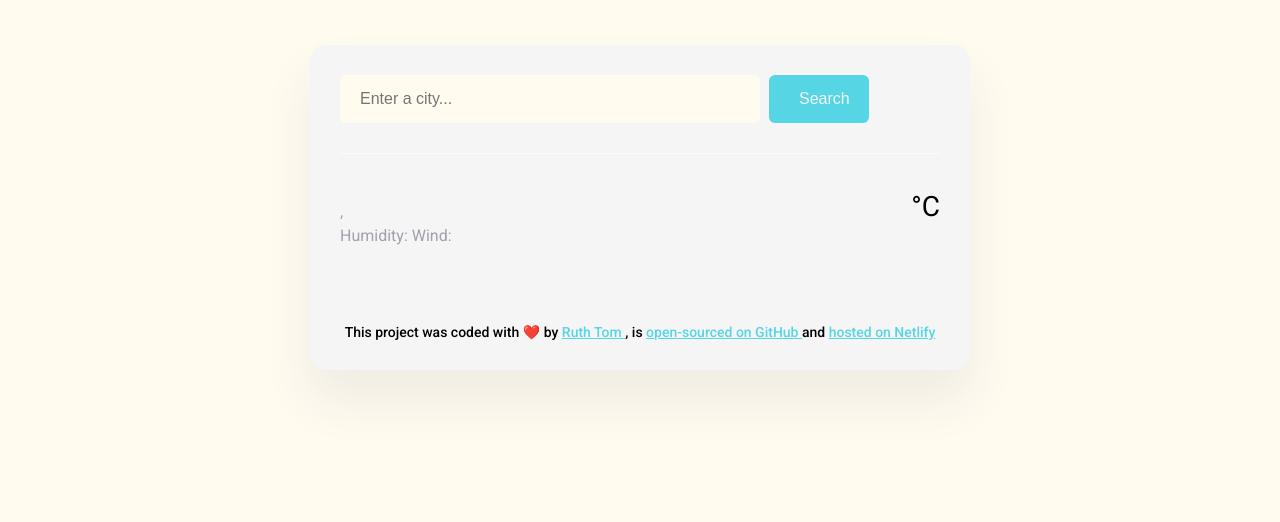
Repository: RuthTom711/Weatherly-App
Page: index.html
The author's editor kept a copy of each file at every save. The page is drawn from the files as they stood at one save, then again after a run of saves.
The browser window is 1280 px wide. The pictures show the whole page.
The page's requests for data from a server got no answer. Some web libraries are served in a nearby version.

Above is the page before, as saved 2025-11-13 20:44:23.
Console error: ReferenceError: di is not defined

### index.html
<!DOCTYPE html>
<html lang="en">
  <head>
    <meta charset="UTF-8" />
    <meta name="viewport" content="width=device-width, initial-scale=1.0" />
    <link rel="preconnect" href="https://fonts.googleapis.com" />
    <link rel="preconnect" href="https://fonts.gstatic.com" crossorigin />
    <link
      href="https://fonts.googleapis.com/css2?family=Roboto+Mono:ital,wght@0,100..700;1,100..700&family=Roboto:ital,wght@0,100..900;1,100..900&family=Work+Sans:ital,wght@0,100..900;1,100..900&display=swap"
      rel="stylesheet"
    />
    <link rel="stylesheet" href="src/styles.css" />
    <script src="https://unpkg.com/axios@1.1.2/dist/axios.min.js"></script>
    <title>Weatherly App</title>
  </head>

  <body>
    <div class="weather-app">
      <header>
        <form class="search-form" id="search-form">
          <input
            type="search"
            placeholder="Enter a city..."
            required
            id="search-form-input"
            class="search-form-input"
          />
          <input type="Submit" value="Search" class="search-form-button" />
        </form>
      </header>

      <main>
        <div class="weather-app-data">
          <div>
            <h1 class="weather-app-city" id="city"></h1>
            <p class="weather-app-details">
              <span id="time"></span>, <span id="description"></span>
              <br />
              Humidity: <strong id="humidity"></strong> Wind:
              <strong id="wind-speed"></strong>
            </p>
          </div>
          <div class="weather-app-temparature-container">
            <div id="icon"></div>
            <div class="weather-app-temperature" id="temperature"></div>
            <div class="weather-app-unit">°C</div>
          </div>
        </div>

        <div class="weather-forecast" id="forecast">

        </div>
      </main>

      <footer>
        This project was coded with ❤️ by
        <a href="https://github.com/RuthTom711" target="_blank"> Ruth Tom </a>,
        is
        <a href="https://github.com/RuthTom711/Weatherly-App" target="_blank">
          open-sourced on GitHub
        </a>
        and
        <a
          href="https://app.netlify.com/projects/ruth-weatherly-app/"
          target="_blank"
        >
          hosted on Netlify
        </a>
      </footer>
    </div>
    <script src="src/index.js"></script>
  </body>
</html>

### src/styles.css
body {
    background-color: #fffbef;
    font-family: "Roboto",sans-serif;
}

a{
    color: #56d5e4;
}

.weather-app {
    background: whitesmoke;
    max-width: 600px;
    margin: 45px auto;
    padding: 30px;
    box-shadow: 0 30px 50px rgba(65, 50, 100, 0.08);
    border-radius: 16px;
}
header{
    border-bottom: 1px solid #fffbef;
    padding: 0 0 30px 0;
}

.search-form-input {
    background-color: #fffbef;
    border: none;
    border-radius: 6px;
    width: 70%;
    font-size: 16px;
    padding: 15px 20px;
}

.search-form-button {
    background: #56d5e4;
    padding: 15px 30px;
    border: none;
    font-size: 16px;
    margin-left: 5px;
    border-radius: 6px;
    color: whitesmoke;
    width: 100px;
}

main {
    padding: 30px 0;
    }
.weather-app-city {
    margin: 0;
    font-size: 38px;
    line-height: 48px;
}
.weather-app-data {
    display: flex;
    justify-content: space-between;
}

.weather-app-details {
    font-size: 16px;
    line-height: 24px;
    color: rgba(39, 33, 66, 0.4);
    font-weight: 500px;
}

.weather-app-details strong{
    color: #cf5282
}

.weather-app-temparature-container {
    display: flex;

}

.weather-app-temperature{
    font-size: 88px;
    font-weight: bold;
    line-height: 88px;
}
.weather-app-icon{
    width: 88px;
    height: 88px;

}
.weather-app-unit{
    margin-top: 6px;
    font-size: 28px;
}

.weather-forecast {
    display: flex;
    justify-content: space-around;
    margin-top: 30;

}
.weather-forecast-date {
    text-align: center;
    color: rgba(39, 33, 66, 0.4);
    font-size: 16px;
    line-height: 20px;
    margin-bottom: 10px;

}
.weather-forecast-icon {
 font-size: 38px;
 text-align: center;
}

.weather-forecast-temperatures {
    text-align: center;
    color: #cf5282;
    display: flex;
    justify-content: center;
    margin-top: 10px;
}
.weather-forecast-temperature {
    padding: 0 10px;

}
footer {

    padding: 30px 0 0 0;
    text-align: center;
    font-weight: 500;
    font-size: 14px;
    color: rgba (0, 0, 0, 0.6);
}

### src/index.js
function refreshWeather(response){
    let temperatureElement = document.querySelector("#temperature");
    let temperature = response.data.temperature.current;
    let cityElement = document.querySelector("#city")
    let descriptionElement = document.querySelector("#description");
    let humidityElement = document.querySelector("#humidity");
    let windSpeedElement = document.querySelector("#wind-speed");
    let timeElement = document.querySelector("#time");
    let date = new Date(response.data.time * 1000);
    let iconElement= document.querySelector("#icon")



    cityElement.innerHTML = response.data.city;
    timeElement.innerHTML = formatDate(date);
    descriptionElement.innerHTML = response.data.condition.description;
    humidityElement.innerHTML = `${response.data.temperature.humidity}%`;
    windSpeedElement.innerHTML = `${response.data.wind.speed}km/h`;
    temperatureElement.innerHTML = Math.round(temperature);
    iconElement.innerHTML = `<img src="${response.data.condition.icon_url}" class="weather-app-icon" />`;
}

function formatDate(date) {

    let minutes = date.getMinutes();
    let hours = date.getHours();
    let days = [
        "sunday",
        "Monday",
        "Tuesday",
        "Wednesday",
        "Thursday",
        "Friday",
        "Saturday",

    ];
    let day = days [date.getDay()];

    if (minutes < 10) {
        minutes = `0${minutes}`;
    }

    return `${day} ${hours}: ${minutes}`;
}

function searchCity(city) {
    let apiKey = "2bf02005obb4ft73c247eba0b4e8f73d";
    let apiUrl = `https://api.shecodes.io/weather/v1/current?query=${city}&key=${apiKey}&units=metric`;
    axios.get(apiUrl).then(refreshWeather);
}

function handleSearchSubmit(event) {
    event.preventDefault();
    let searchInput = document.querySelector("#search-form-input");

    searchCity(searchInput.value);

}
function displayForecast() {

    let forecast = document.querySelector("#forecast");

forecast.innerHTML =  `
     <div class="weather-forecast-day">
            <div class="weather-forecast-date">Tue</div>
            <div class="weather-forecast-icon">🌤️</div>
            <div class="weather-forecast-temperatures">
              <div class="weather-forecast-temperature"><strong>15°</strong></div>
              <div class="weather-forecast-temperature"><strong>9°</strong></div>
            </div>
          </div>
`;
}

let searchFormElement = document.querySelector("#search-form");
searchFormElement.addEventListener("submit", handleSearchSubmit);

searchCity("Cape Town");
di

After the next 3 saves:
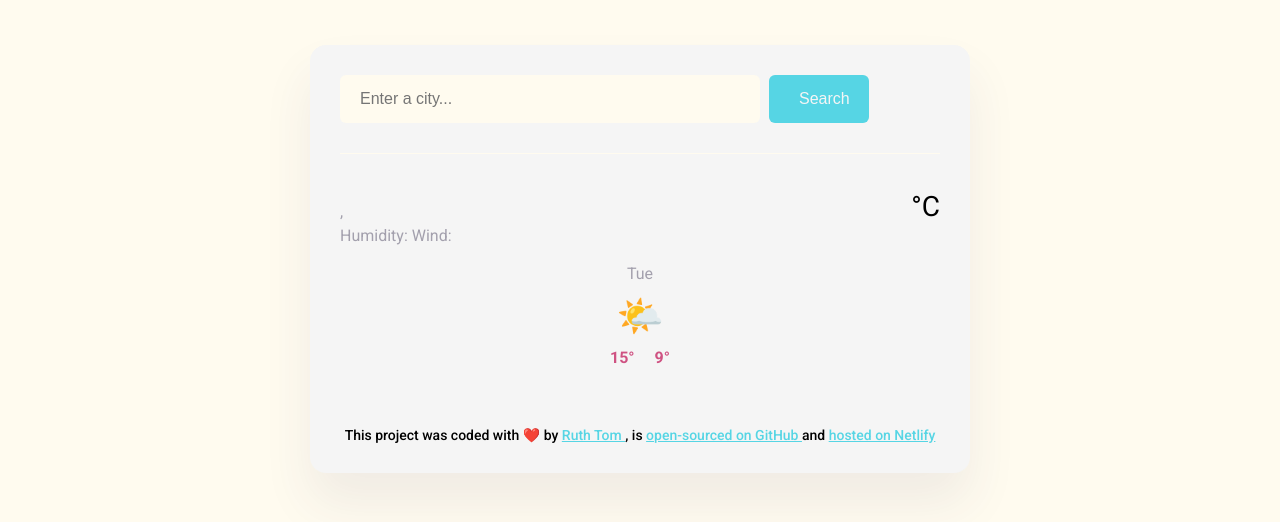
Console error (its wording comes from the project's code and is left out).
The 3 saves are shown as one change because they came seconds apart.
The last was saved 12 s later.
--- a/src/index.js
+++ b/src/index.js
@@ -76,4 +76,4 @@ let searchFormElement = document.querySelector("#search-form");
 searchFormElement.addEventListener("submit", handleSearchSubmit);
 
 searchCity("Cape Town");
-di
+displayForecast();
